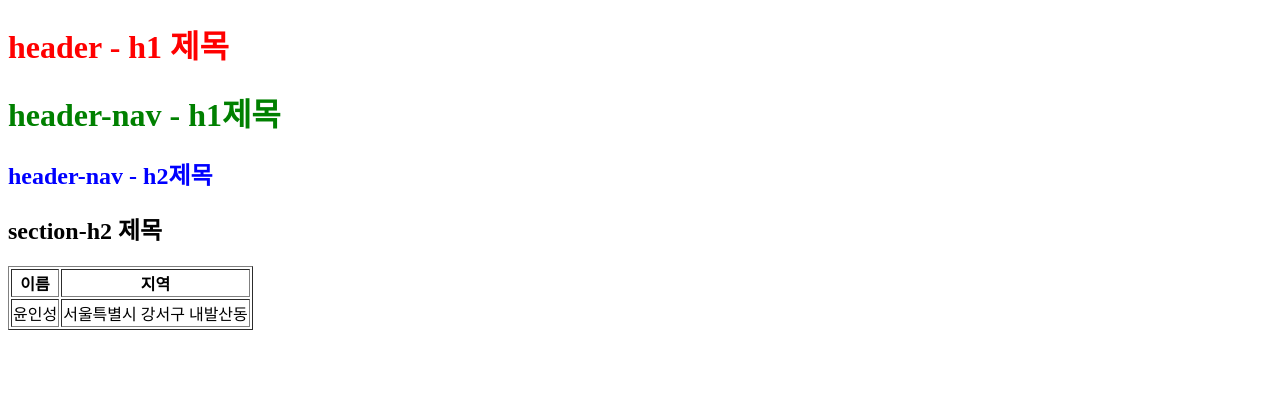
Repository: dudadab/Hhyundaiezwel_Academy
Page: CSS01/src/main/webapp/14_childSelector.html
An editor plug-in stored every save of this project. The page is shown before and after the next save, followed by the edit.
The browser window is 1280 px wide. The pictures show the whole page.

Above is the page before, as saved 2025-07-02 02:27:42.

### CSS01/src/main/webapp/14_childSelector.html
<!DOCTYPE html>
<html>
	<head>
		<meta charset="UTF-8">
		<title>자식 선택자</title>
		<style type="text/css">
			/* header - h1 제목 : 빨간색 적용 (자식 선택자 사용) */
				#header > h1 {color:red;}
			/* header-nav - h2제목 : 파란색 적용 (자식 선택자 사용) */
				#header > #nav {color:green;}
				#header > #nav > h2 {color:blue;}

			/* table 태그에 자식 선택자 사용 시 주의!  */
			/* table의 제목(이름, 지역) : 빨간색 적용 (자식 선택자 사용)  */
			    /* 적용 안 됨  */
			/* tr > th { color:red; } */  /* 가능 */


		</style>
	</head>
	<body>
		<div id="header">
        	<h1 class="title">header - h1 제목</h1>
	        <div id="nav">
	            <h1>header-nav - h1제목</h1>
	            <h2>header-nav - h2제목</h2>
	        </div>
    	</div>

	    <div id="section">
	        <h2 class="title">section-h2 제목</h2>
	    </div>

	    <table border="1">
	        <tr>
	            <th>이름</th>
	            <th>지역</th>
	        </tr>
	        <tr>
	            <td>윤인성</td>
	            <td>서울특별시 강서구 내발산동</td>
	        </tr>
	    </table>
	</body>
</html>

After the next save:
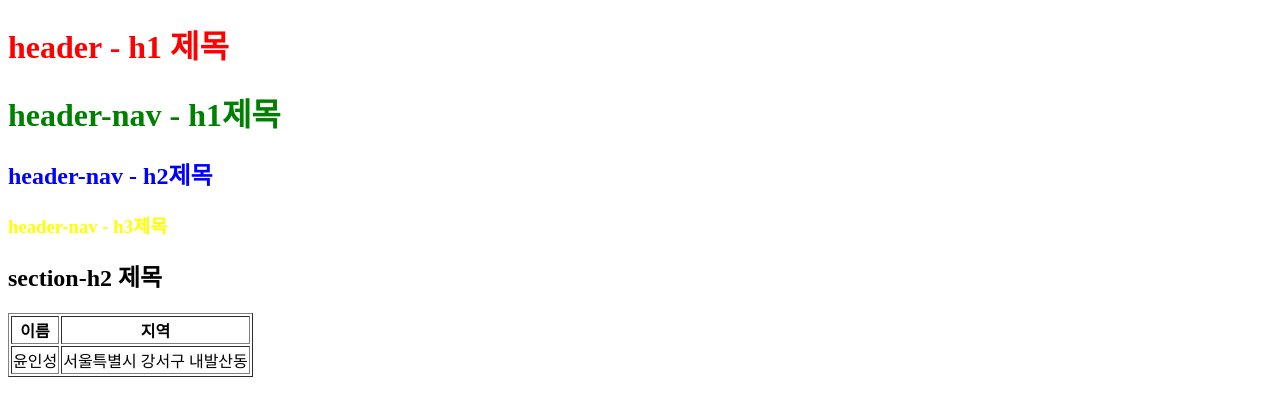
Saved 2 min 57 s later.
--- a/CSS01/src/main/webapp/14_childSelector.html
+++ b/CSS01/src/main/webapp/14_childSelector.html
@@ -9,6 +9,8 @@
 			/* header-nav - h2제목 : 파란색 적용 (자식 선택자 사용) */
 				#header > #nav {color:green;}
 				#header > #nav > h2 {color:blue;}
+
+				#header h3 {color:yellow;}
 
 			/* table 태그에 자식 선택자 사용 시 주의!  */
 			/* table의 제목(이름, 지역) : 빨간색 적용 (자식 선택자 사용)  */
@@ -24,6 +26,7 @@
 	        <div id="nav">
 	            <h1>header-nav - h1제목</h1>
 	            <h2>header-nav - h2제목</h2>
+	            <h3>header-nav - h3제목</h3>
 	        </div>
     	</div>
 
